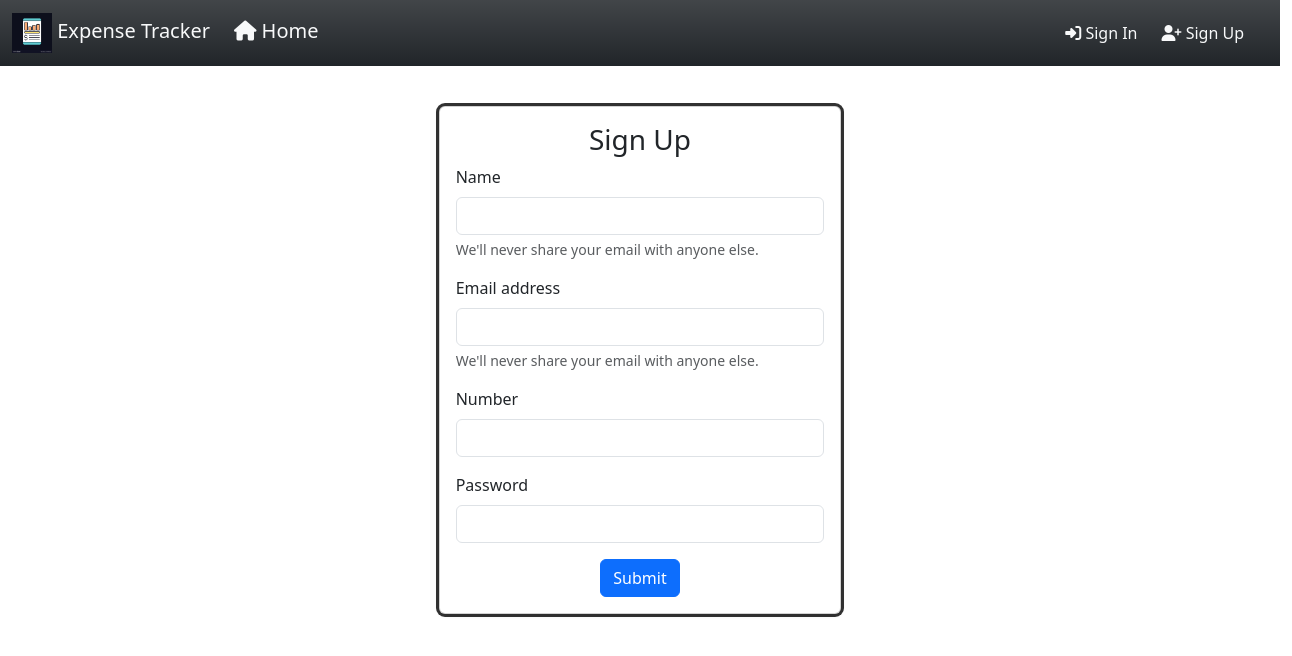
Repository: Gaurav560/OnlineExpenseTracker
Page: http://localhost/Online_Expense_Tracker/register.jsp
An editor plug-in stored every save of this project. The page is shown before and after the next save, followed by the edit.
The browser window is 1280 px wide. The page is 1292 px wide, so the pictures cover 1292 px, including what lies to the right of the window. The pictures show the whole page.
The page is served by Tomcat 9.

Above is the page before, as saved 2023-05-04 14:48:20.

After the next save:
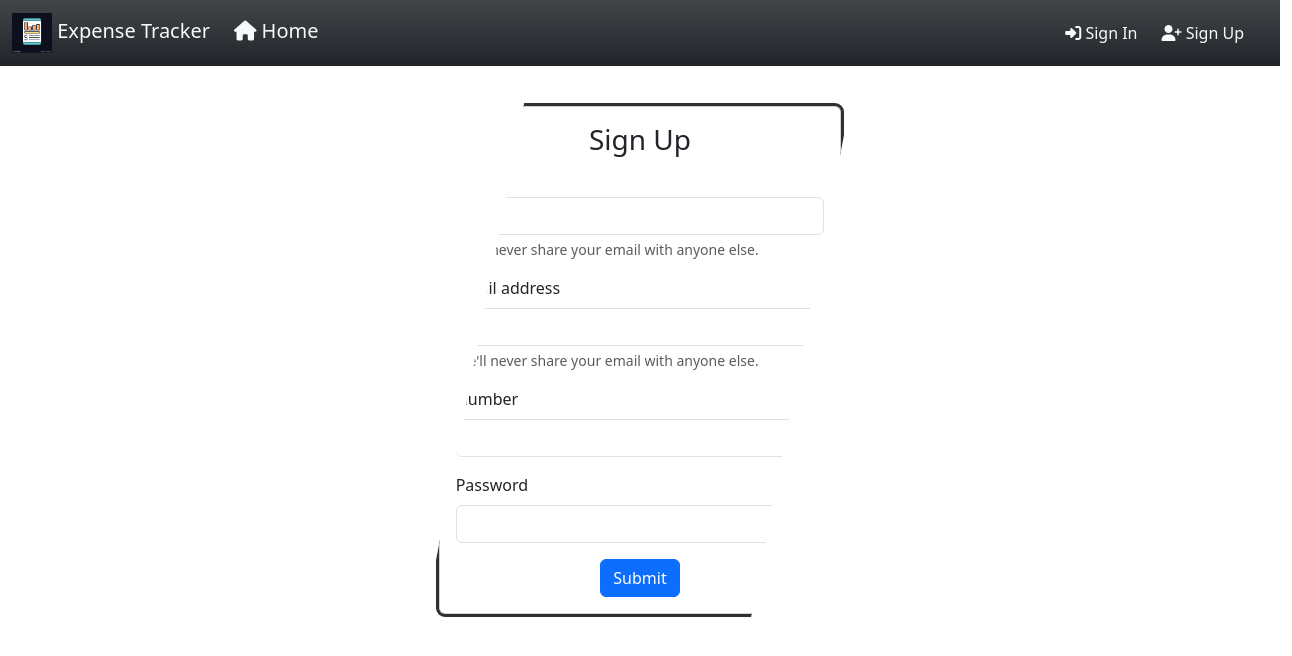
Saved 4 min 28 s later.
--- a/Online_Expense_Tracker/src/main/webapp/register.jsp
+++ b/Online_Expense_Tracker/src/main/webapp/register.jsp
@@ -8,12 +8,9 @@
 <%@include file="component/all_css.jsp"%>
 </head>
 <style>
-.shadow {
-	box-shadow: rgba(0, 0, 0, 0.17) 0px -23px 25px 0px inset,
-		rgba(0, 0, 0, 0.15) 0px -36px 30px 0px inset, rgba(0, 0, 0, 0.1) 0px
-		-79px 40px 0px inset, rgba(0, 0, 0, 0.06) 0px 2px 1px,
-		rgba(0, 0, 0, 0.09) 0px 4px 2px, rgba(0, 0, 0, 0.09) 0px 8px 4px,
-		rgba(0, 0, 0, 0.09) 0px 16px 8px, rgba(0, 0, 0, 0.09) 0px 32px 16px;
+.clip{
+clip-path: polygon(25% 0%, 100% 0%, 75% 100%, 0% 100%);
+
 }
 </style>
 <body>
@@ -23,7 +20,7 @@
 
 	<div class="contaier">
 		<div class="row">
-			<div class="col-md-4 offset-md-4 p-3">
+			<div class="col-md-4 offset-md-4 p-3 clip">
 				<div class="card mt-4"
 					style="box-shadow: rgba(0, 0, 0, 0.16) 0px 1px 4px, rgb(51, 51, 51) 0px 0px 0px 3px;">
 					<div class="card-body">

After the save that followed:
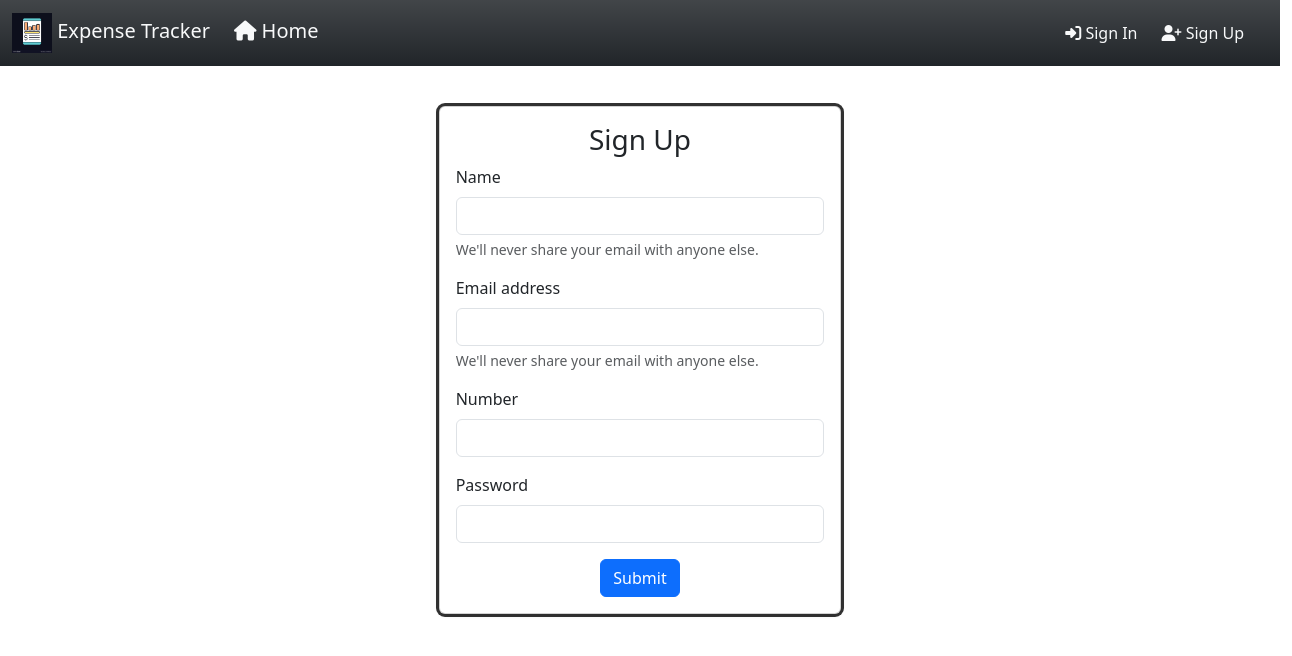
Saved 10 min 20 s later.
--- a/Online_Expense_Tracker/src/main/webapp/register.jsp
+++ b/Online_Expense_Tracker/src/main/webapp/register.jsp
@@ -8,10 +8,7 @@
 <%@include file="component/all_css.jsp"%>
 </head>
 <style>
-.clip{
-clip-path: polygon(25% 0%, 100% 0%, 75% 100%, 0% 100%);
 
-}
 </style>
 <body>
 	<!-- NAVBAR starts here -->
@@ -20,7 +17,7 @@
 
 	<div class="contaier">
 		<div class="row">
-			<div class="col-md-4 offset-md-4 p-3 clip">
+			<div class="col-md-4 offset-md-4 p-3 ">
 				<div class="card mt-4"
 					style="box-shadow: rgba(0, 0, 0, 0.16) 0px 1px 4px, rgb(51, 51, 51) 0px 0px 0px 3px;">
 					<div class="card-body">
